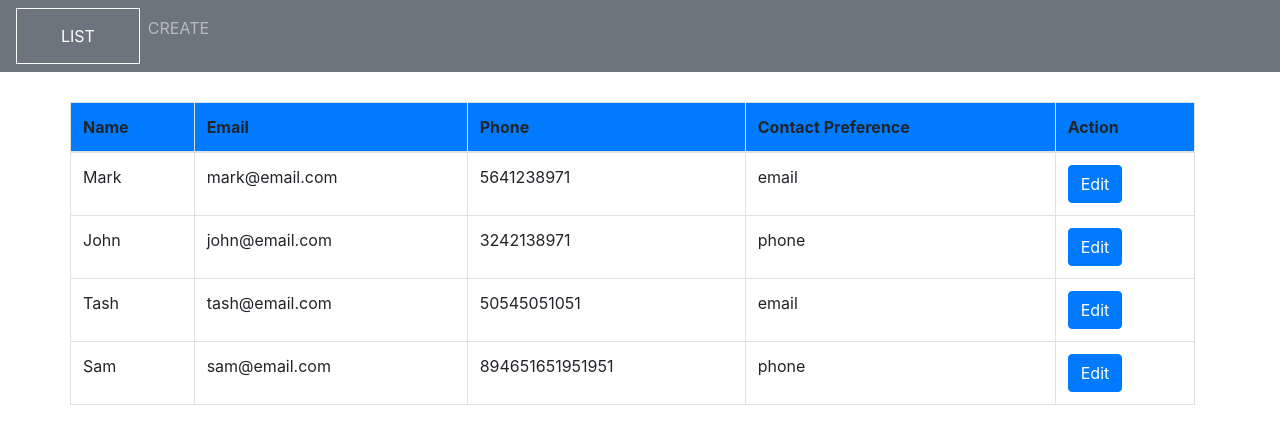
Repository: hanumanthnbalu/NG_FORMS
Page: /
These files come from the project's save history. The page is drawn as it stood at one moment and after the next save; the edit follows.
The browser window is 1280 px wide. The pictures show the whole page.
Some web libraries are served in a nearby version. The project was rebuilt for these pictures with package versions that can differ from the ones it lists, and the page was loaded fresh each time. Requests to the local data server were answered from the project's data file. Also part of the build but not shown: angular.json, src/app/not-found/not-found.component.ts, src/app/forms/create-employee/create-employeecomponent.ts.

Above is the page before, as saved 2019-09-25 22:13:59.

After the next save:
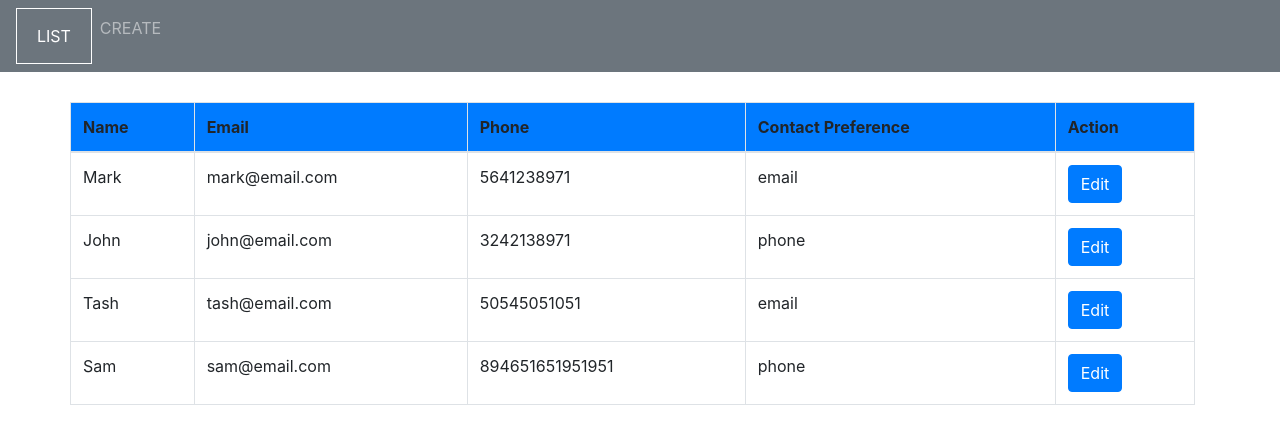
Saved 14 s later.
--- a/src/app/header/header.component.scss
+++ b/src/app/header/header.component.scss
@@ -2,5 +2,5 @@ a.nav-link.active {
 	// width: 100px;
 	text-align: center;
 	border: 1px solid white;
-	padding: 15px 44px;
+	padding: 15px 20px;
 }
